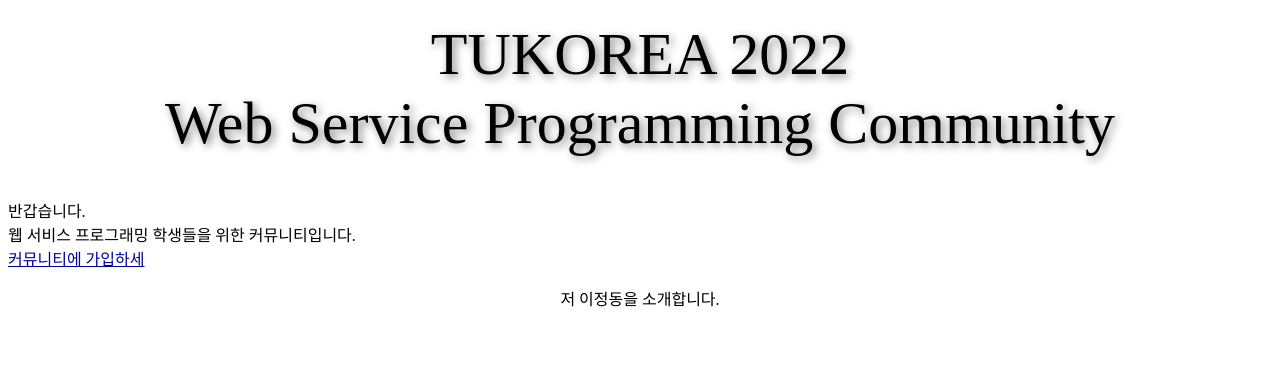
Repository: ljdongz/jsp-project
Page: project1/jeongdong_reg/src/main/webapp/welcome.html
The author's editor kept a copy of each file at every save. The page is drawn from the files as they stood at one save, then again after the next save.
The browser window is 1280 px wide. The pictures show the whole page.

Above is the page before, as saved 2022-09-27 13:22:11.

After the next save:
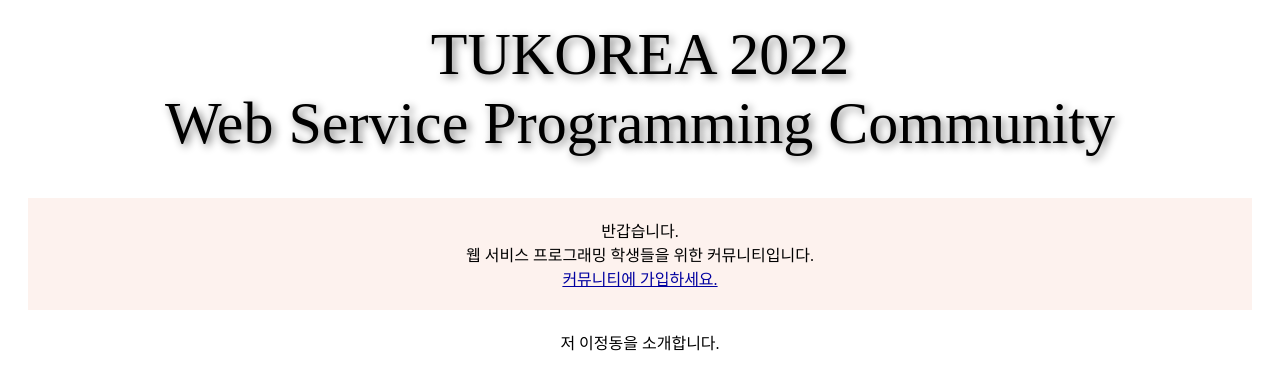
Saved 3 min 2 s later.
--- a/project1/jeongdong_reg/src/main/webapp/welcome.html
+++ b/project1/jeongdong_reg/src/main/webapp/welcome.html
@@ -8,8 +8,8 @@
 <body>
 	<header> TUKOREA 2022 <br> Web Service Programming Community</header>
 
-	<p id=sec>반갑습니다.<br> 웹 서비스 프로그래밍 학생들을 위한 커뮤니티입니다. <br>
-		<a href="http://localhost:8080/jeongdong_reg/StudentSevlet?cmd=join" target="_self">커뮤니티에 가입하세</a>
+	<p id="sect">반갑습니다.<br> 웹 서비스 프로그래밍 학생들을 위한 커뮤니티입니다. <br>
+		<a href="http://localhost:8080/jeongdong_reg/StudentSevlet?cmd=join" target="_self">커뮤니티에 가입하세요.</a>
 	</p>
 
 	<div>
